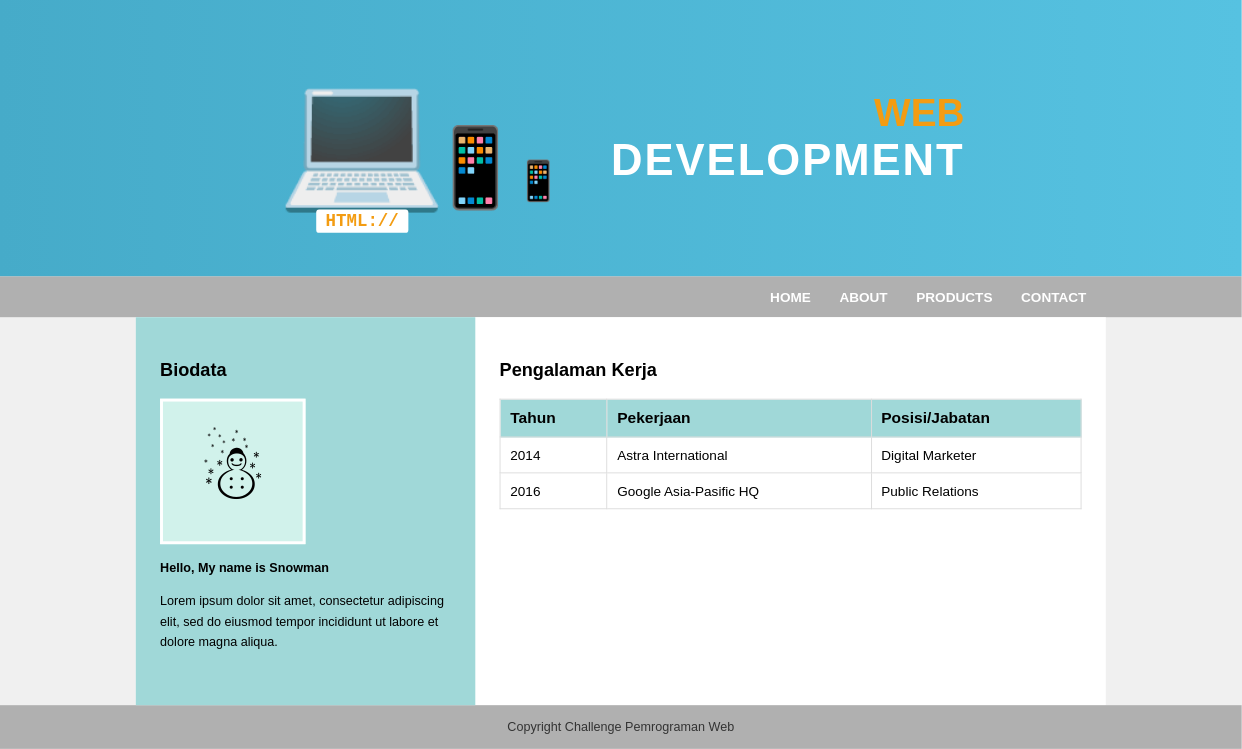
Repository: Nanda-IT/CSS-layout-Flexbox
Page: pratikum5.html
An editor plug-in stored every save of this project. The page is shown before and after the next save, followed by the edit.
The browser window is 1280 px wide. The pictures show the whole page, at 97% of full size.

Above is the page before, as saved 2026-04-27 12:15:48.

### pratikum5.html
<!DOCTYPE html>
<html lang="id">
<head>
    <meta charset="UTF-8">
    <meta name="viewport" content="width=device-width, initial-scale=1.0">
    <title>Halaman Web Pengembangan Web</title>
    <link rel="stylesheet" href="style.css">
</head>
<body>

    <header>
        <div class="banner-content">
            <div class="icon-group">
                <span class="monitor-icon">&#128187;</span> <span class="tablet-icon">&#128241;</span>  <span class="phone-icon">&#128241;</span>   <div class="html-label">HTML://</div>
            </div>
            <div class="header-text">
                <h1 class="text-orange">WEB</h1>
                <h2 class="text-white">DEVELOPMENT</h2>
            </div>
        </div>
    </header>

    <nav>
        <div class="nav-links">
            <a href="#">HOME</a>
            <a href="#">ABOUT</a>
            <a href="#">PRODUCTS</a>
            <a href="#">CONTACT</a>
        </div>
    </nav>

    <main class="container">
        <section class="sidebar">
            <h3>Biodata</h3>
            <div class="profile-box">
                <div class="snowman-img">&#9731;</div>
            </div>
            <div class="description">
                <p><strong>Hello, My name is Snowman</strong></p>
                <p>Lorem ipsum dolor sit amet, consectetur adipiscing elit, sed do eiusmod tempor incididunt ut labore et dolore magna aliqua.</p>
            </div>
        </section>

        <section class="content">
            <h3>Pengalaman Kerja</h3>
            <table>
                <thead>
                    <tr>
                        <th>Tahun</th>
                        <th>Pekerjaan</th>
                        <th>Posisi/Jabatan</th>
                    </tr>
                </thead>
                <tbody>
                    <tr>
                        <td>2014</td>
                        <td>Astra International</td>
                        <td>Digital Marketer</td>
                    </tr>
                    <tr>
                        <td>2016</td>
                        <td>Google Asia-Pasific HQ</td>
                        <td>Public Relations</td>
                    </tr>
                </tbody>
            </table>
        </section>
    </main>

    <footer>
        Copyright Challenge Pemrograman Web
    </footer>

</body>
</html>

### style.css
/* Reset Dasar */
* {
    box-sizing: border-box;
}

body {
    font-family: Arial, sans-serif;
    margin: 0;
    padding: 0;
    background-color: #f0f0f0;
}

/* Header & Banner */
header {
    background: linear-gradient(to right, #46abc9, #56c2e1);
    padding: 60px 20px;
    display: flex;
    justify-content: center;
}

.banner-content {
    display: flex;
    align-items: center;
    gap: 50px;
}

.icon-group {
    position: relative;
    display: flex;
    align-items: flex-end;
}

.monitor-icon { font-size: 140px; color: #333; }
.tablet-icon { font-size: 80px; margin-left: -20px; margin-bottom: 5px; color: #444; }
.phone-icon { font-size: 40px; margin-left: -10px; margin-bottom: 15px; color: #555; }

.html-label {
    position: absolute;
    bottom: -15px;
    left: 40px;
    background: white;
    color: #f39c12;
    padding: 2px 10px;
    font-weight: bold;
    border-radius: 3px;
    font-family: monospace;
    font-size: 18px;
}

.header-text {
    text-align: right;
}

.header-text h1 {
    margin: 0;
    font-size: 40px;
    color: #f39c12; /* Oranye */
}

.header-text h2 {
    margin: 0;
    font-size: 45px;
    letter-spacing: 2px;
    color: white;
}

/* Navigasi */
nav {
    background-color: #b0b0b0;
    padding: 12px 0;
}

.nav-links {
    max-width: 1000px;
    margin: 0 auto;
    text-align: right;
    padding-right: 20px;
}

nav a {
    text-decoration: none;
    color: white;
    font-weight: bold;
    margin-left: 25px;
    font-size: 14px;
}

/* Layout Konten */
.container {
    display: flex;
    max-width: 1000px;
    margin: 0 auto;
    min-height: 400px;
    background-color: white;
}

.sidebar {
    flex: 1;
    background-color: #a0d8d8; /* Warna toska */
    padding: 25px;
}

.content {
    flex: 2;
    padding: 25px;
}

/* Biodata */
.profile-box {
    background-color: #d1f2eb;
    width: 150px;
    height: 150px;
    display: flex;
    justify-content: center;
    align-items: center;
    border: 3px solid white;
    margin-bottom: 15px;
}

.snowman-img {
    font-size: 80px;
}

.description {
    font-size: 13px;
    line-height: 1.6;
}

/* Tabel */
table {
    width: 100%;
    border-collapse: collapse;
}

th {
    background-color: #a0d8d8;
    text-align: left;
    padding: 10px;
    border: 1px solid #ddd;
}

td {
    padding: 10px;
    border: 1px solid #ddd;
    font-size: 14px;
}

/* Footer */
footer {
    background-color: #b0b0b0;
    text-align: center;
    padding: 15px;
    font-size: 13px;
    color: #333;
}

After the next save:
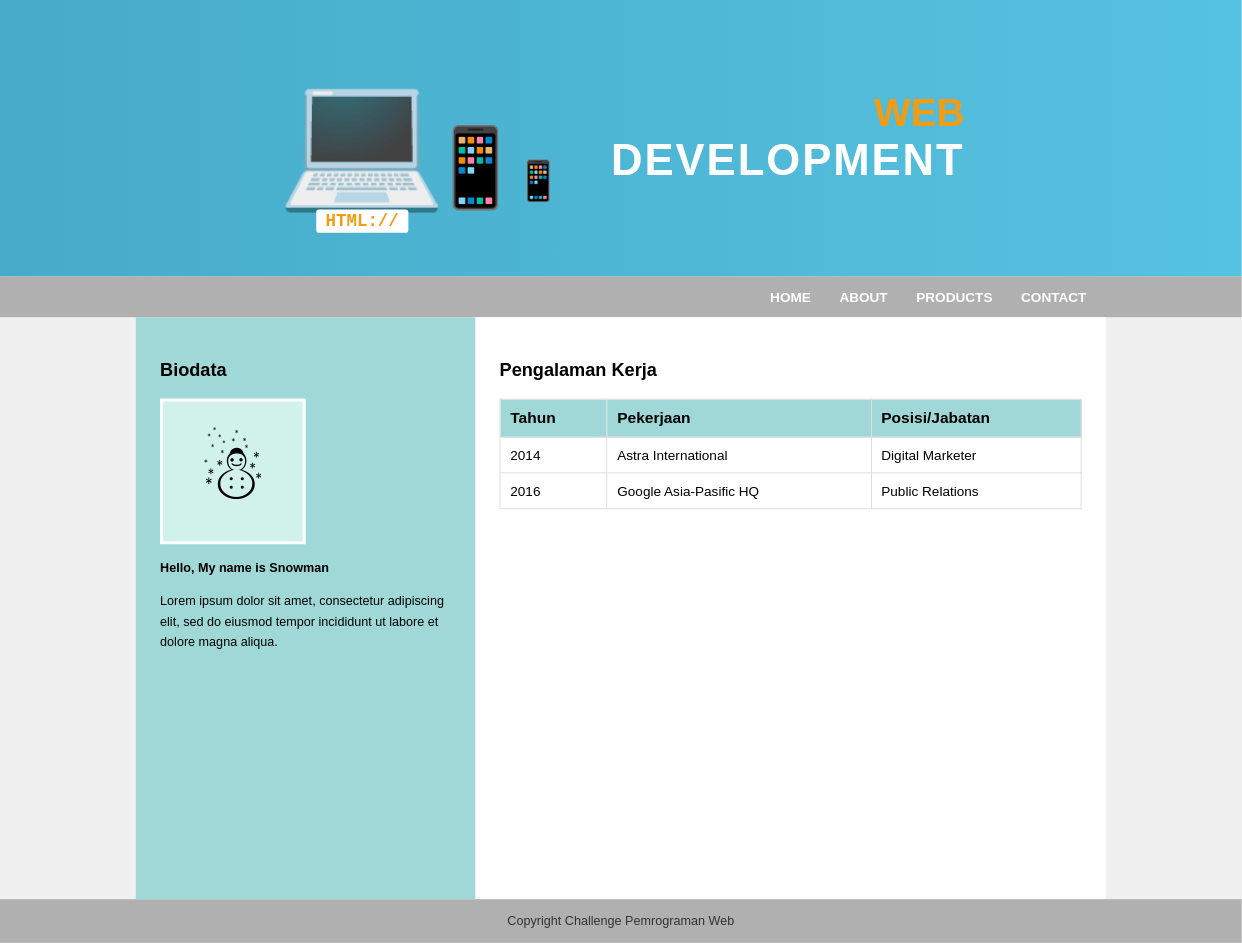
Saved 2 min 11 s later.
--- a/style.css
+++ b/style.css
@@ -90,7 +90,7 @@
     display: flex;
     max-width: 1000px;
     margin: 0 auto;
-    min-height: 400px;
+    min-height: 600px;
     background-color: white;
 }
 
